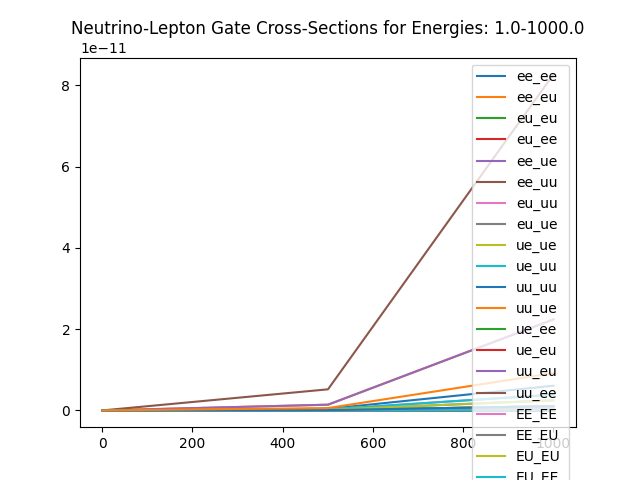
Repository: MichaelCullen2011/QuantumAndNeutrinos
Script's output: python neutrinos.py
The author's editor kept a copy of each file at every save. The script's output is drawn from the files as they stood at one save, then again after the next save.
Random numbers start from a fixed seed.

Above is the script's output before, as saved 2021-06-02 10:32:20.

After the next save:
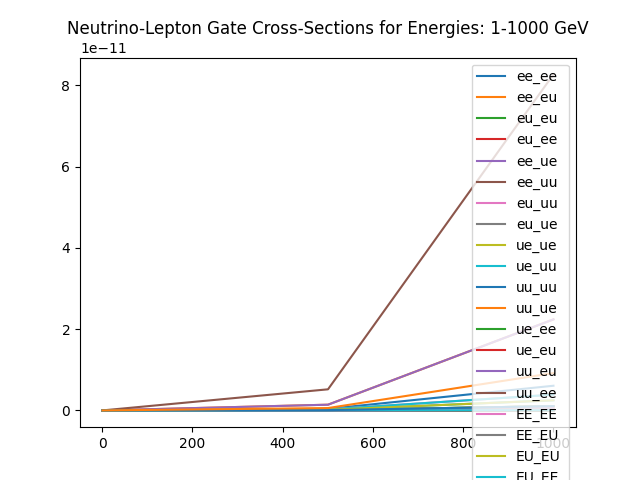
Saved 26 s later.
--- a/neutrinos.py
+++ b/neutrinos.py
@@ -393,6 +393,6 @@ for flavour, values in gate_energy_reactions.items():
 
 for flavour, values in gate_energy_reactions.items():
     plt.plot(values[1], values[0], '-')
-plt.title(f"Neutrino-Lepton Gate Cross-Sections for Energies: {min(energy_list)}-{max(energy_list)}")
+plt.title(f"Neutrino-Lepton Gate Cross-Sections for Energies: {int(min(energy_list))}-{int(max(energy_list))} GeV")
 plt.legend(gate_energy_reactions.keys())
 plt.show()
